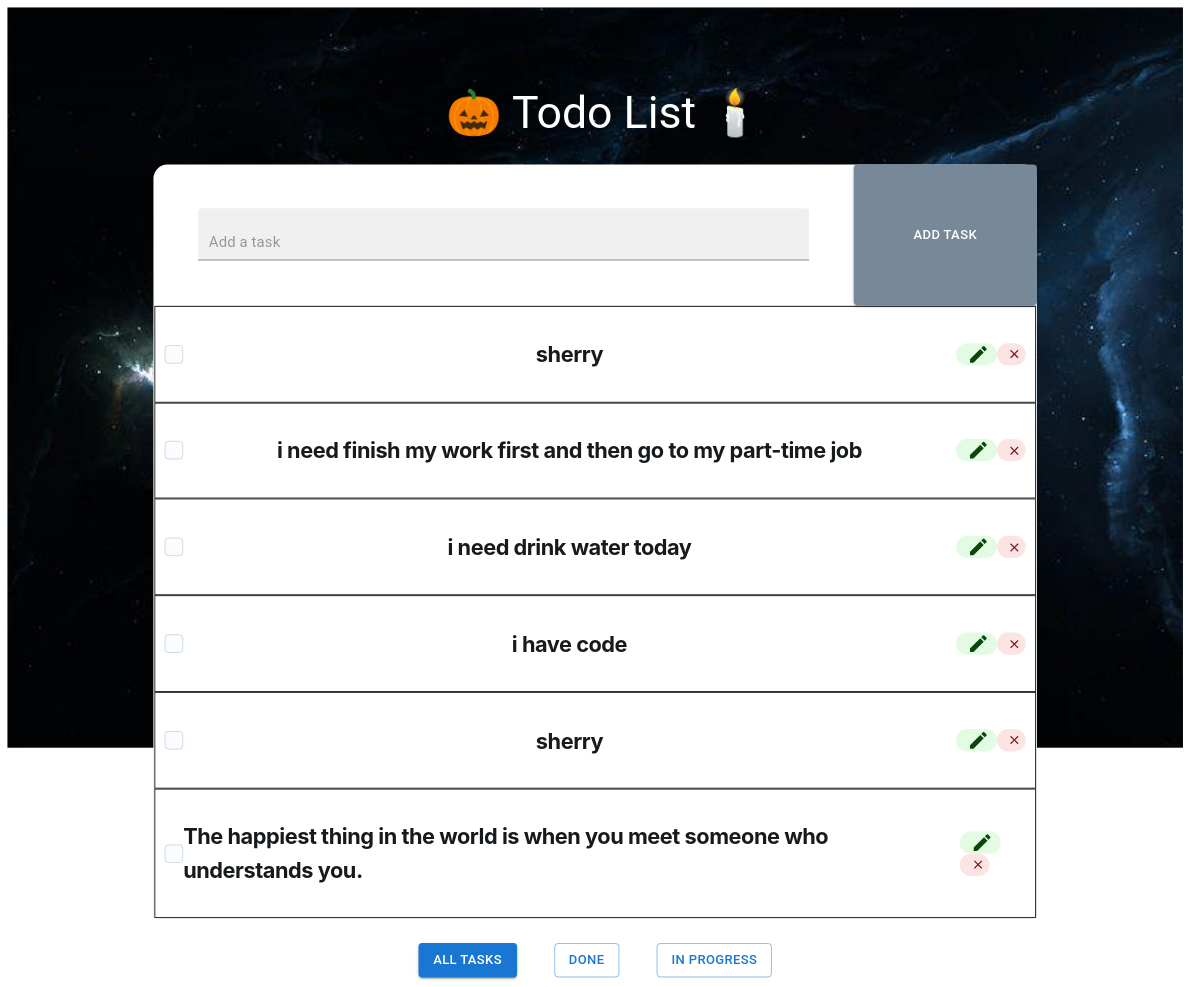
Repository: Tracy-maker/TodoList
Page: /
An editor plug-in stored every save of this project. The page is shown before and after the next save, followed by the edit.
The browser window is 1280 px wide. The page is 1292 px wide, so the pictures cover 1292 px, including what lies to the right of the window. The pictures show the whole page, at 93% of full size.
The project was rebuilt for these pictures with package versions that can differ from the ones it lists, and the page was loaded fresh each time. Requests to the local data server were answered from the project's data file. Also part of the build but not shown: src/components/TaskEdit.js.

Above is the page before, as saved 2023-09-20 12:04:46.

After the next save:
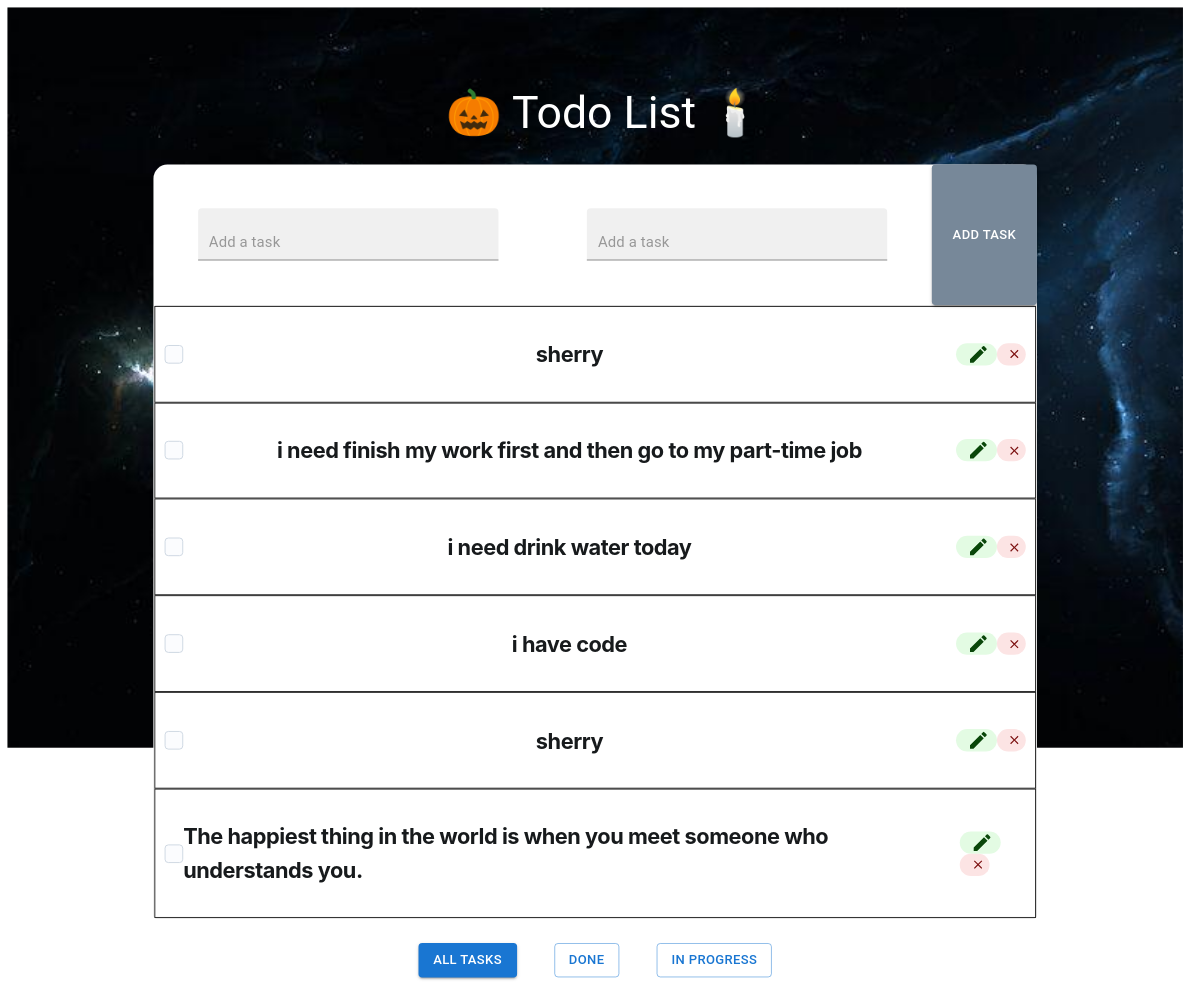
Saved 32 s later.
--- a/src/components/CreateTask.js
+++ b/src/components/CreateTask.js
@@ -33,6 +33,12 @@ function CreateTask(props) {
         placeholder="Add a task"
         variant="filled"
       />
+      <Input
+        value={title}
+        onChange={handleChange}
+        placeholder="Add a task"
+        variant="filled"
+      />
       <Button
         sx={{
           width: "25ch",
